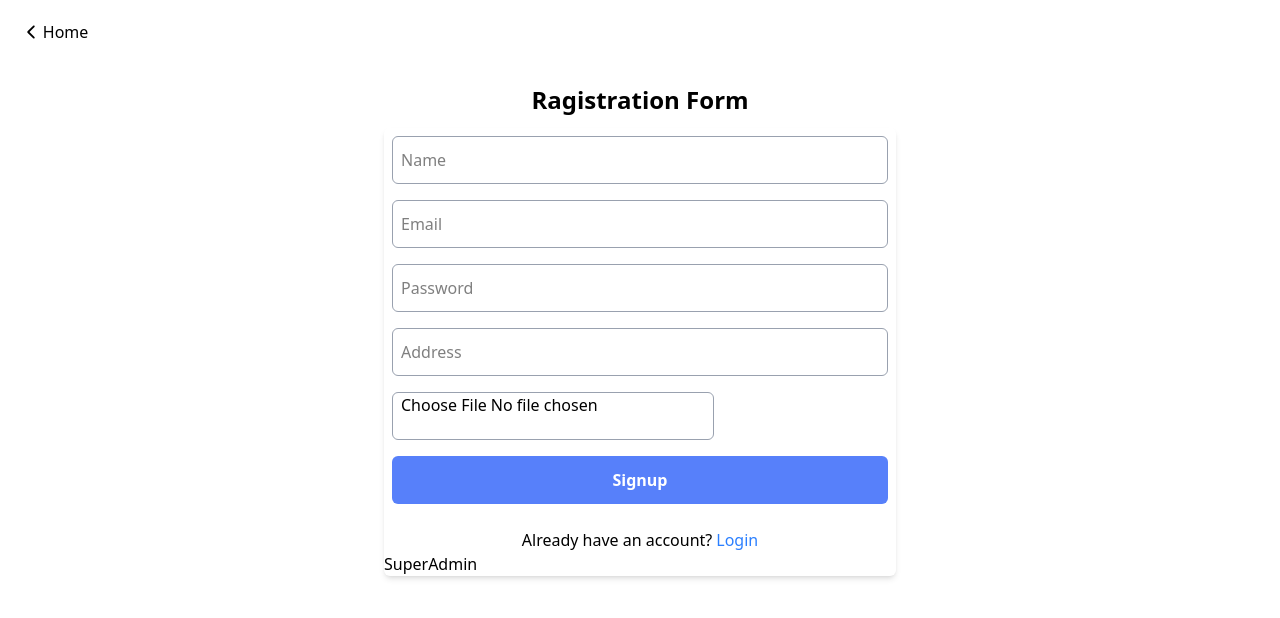
Repository: GAURAV-KUMAR22/restro-food-order-app
Page: /signup (app in qr-app/)
An editor plug-in stored every save of this project. The page is shown before and after the next save, followed by the edit.
The browser window is 1280 px wide. The pictures show the whole page.
The page's requests for data from a server got no answer. The project was rebuilt for these pictures with package versions that can differ from the ones it lists, and the page was loaded fresh each time. No one was signed in, and anything a server would have sent is missing. Also part of the build but not shown: qr-app/vite.config.js, qr-app/src/Services/ProtectedRoutes.jsx, qr-app/src/components/CardItem.jsx, qr-app/src/components/CardDetails.jsx, qr-app/src/components/Client/CategoryCard.jsx, qr-app/src/Services/Socket.js, qr-app/src/components/Client/OrderStatusCard.jsx, qr-app/src/components/Client/SearchInput.jsx and 33 more.

Above is the page before, as saved 2025-06-11 09:50:27.

After the next save:
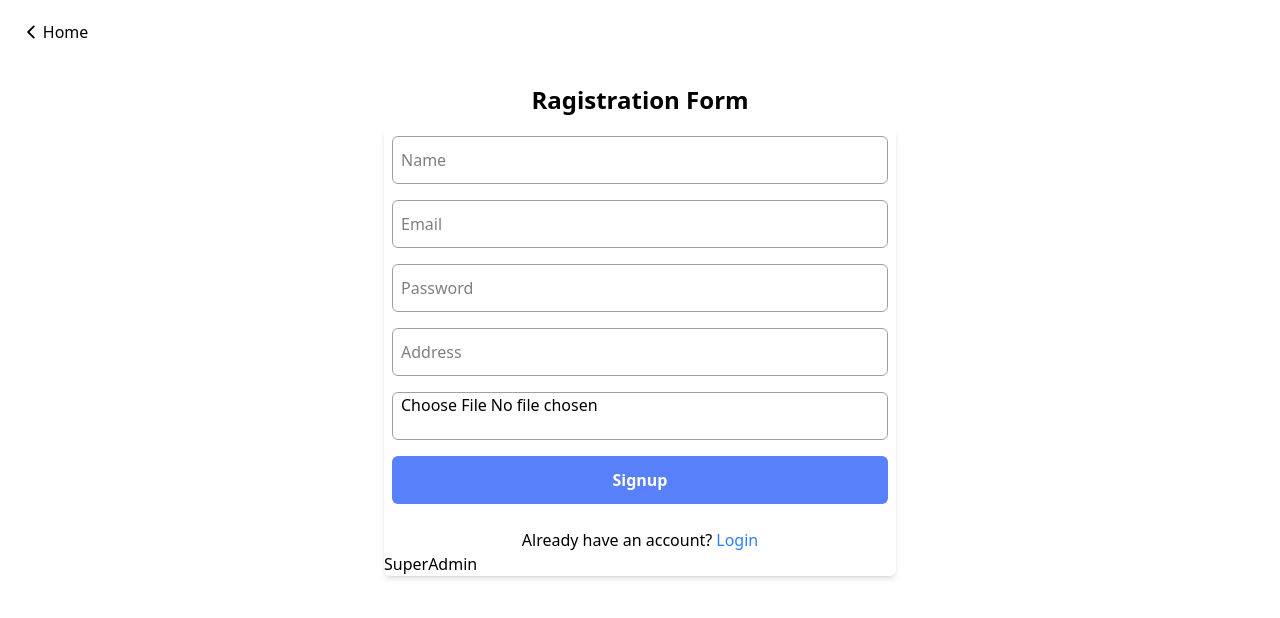
Saved 20 s later.
--- a/qr-app/src/Pages/Auth/Signup.jsx
+++ b/qr-app/src/Pages/Auth/Signup.jsx
@@ -113,13 +113,12 @@ export const Signup = () => {
           </div>
           <div className="flex flex-col">
             <label htmlFor="file-upload"></label>
-            <div>
-              <input
-                type="file"
-                alt="file-upload"
-                className="m-2 border border-gray-400 pl-2 h-12 rounded-md"
-              />
-            </div>
+
+            <input
+              type="file"
+              alt="file-upload"
+              className="m-2 border border-gray-400 pl-2 h-12 rounded-md"
+            />
           </div>
 
           {/* 🛠 No extra div! Directly button */}
